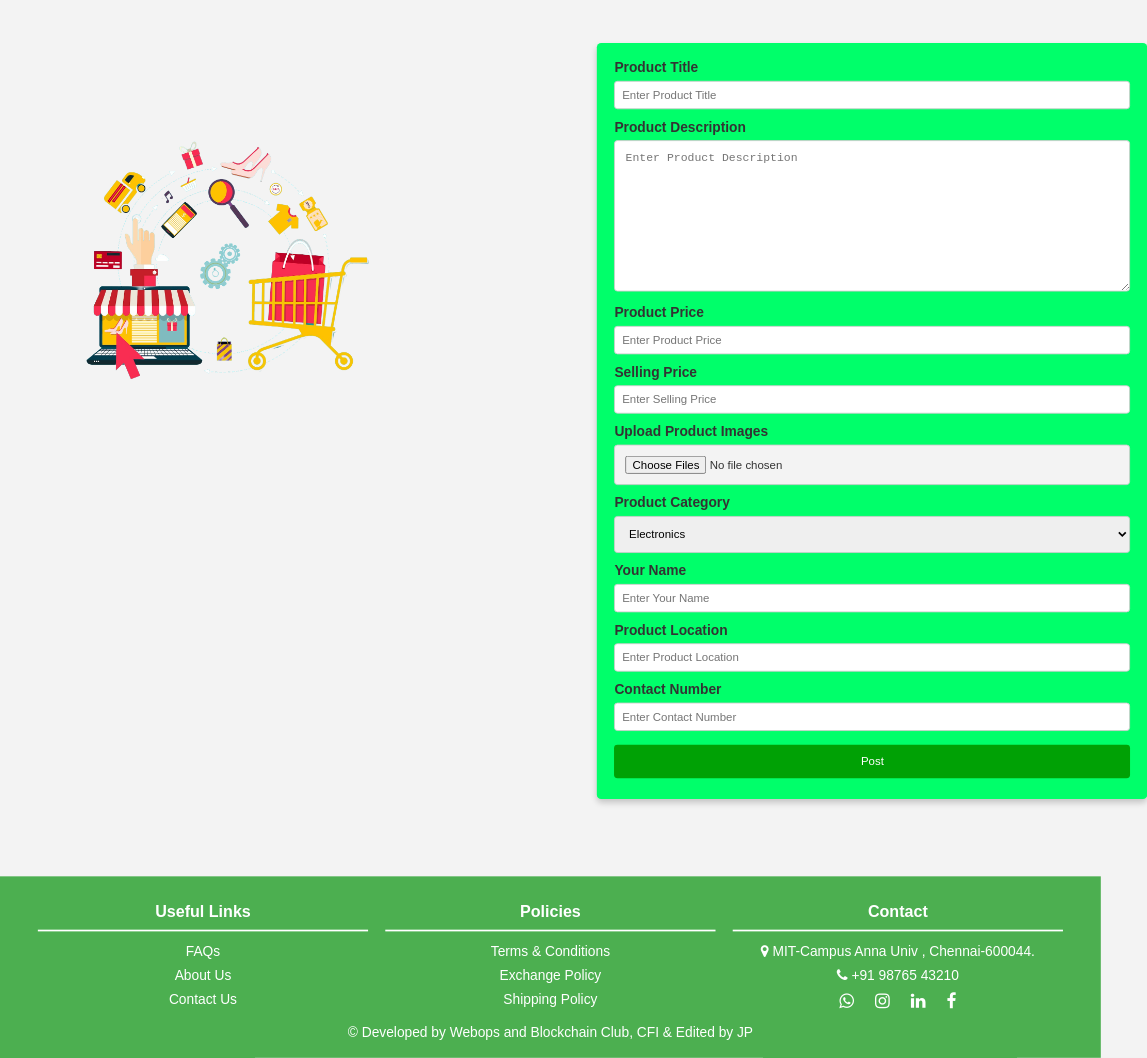
Repository: John-Prabu-A/web-dev-summer-school
Page: Session_1_Assignment/sell.html
An editor plug-in stored every save of this project. The page is shown before and after the next save, followed by the edit.
The browser window is 1280 px wide. The page is 1334 px wide, then 1280 px, so the pictures cover 1334 px, including what lies to the right of the window. The pictures show the whole page, at 86% of full size.

Above is the page before, as saved 2024-06-20 15:40:11.

After the next save:
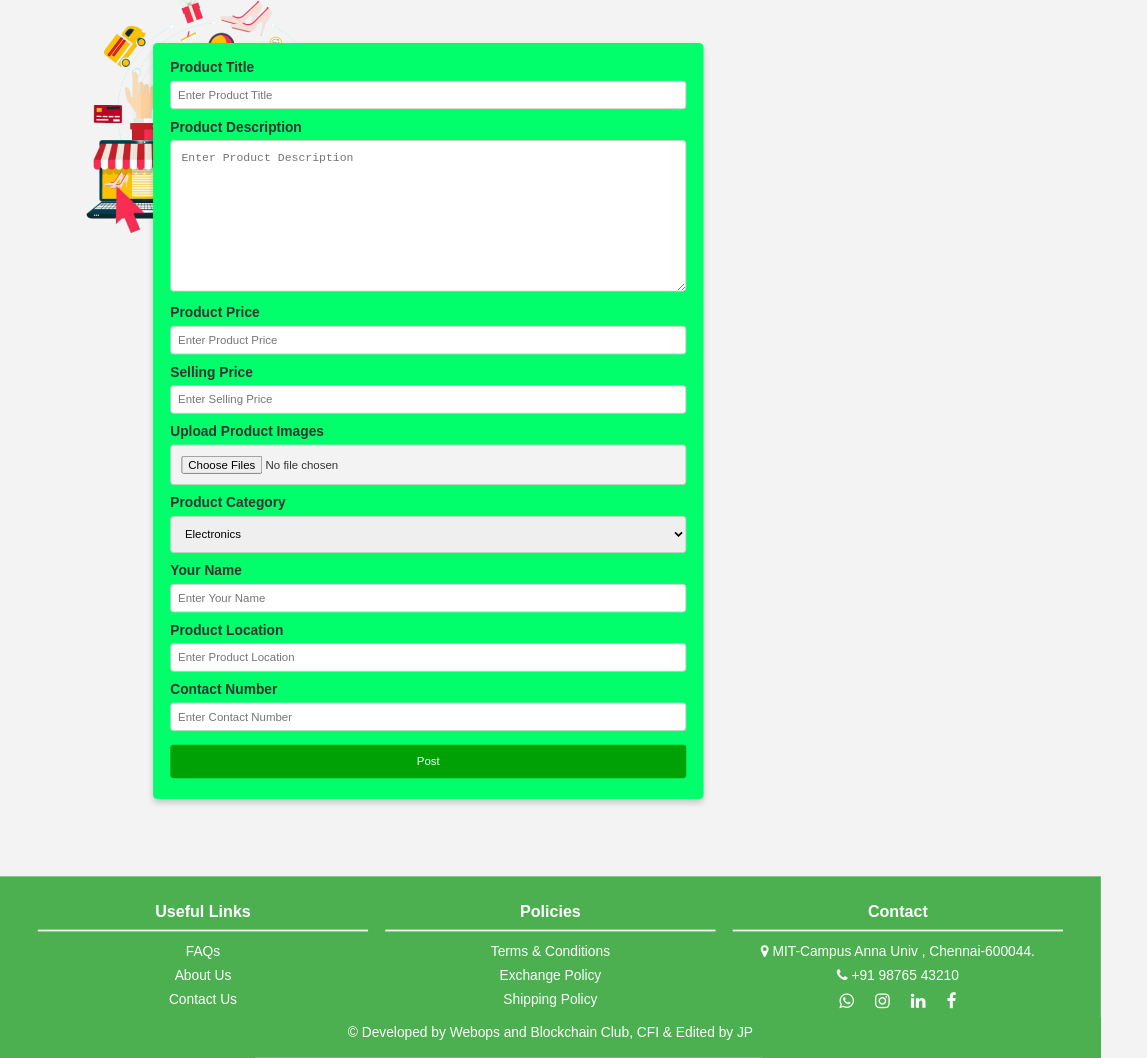
Saved 23 s later.
--- a/Session_1_Assignment/sell.html
+++ b/Session_1_Assignment/sell.html
@@ -15,8 +15,8 @@
         }
 
         img {
-            display:fixed;
-            position: relative;
+            display:inline;
+            position: fixed;
             padding: 16px;
             bottom: 30dvw;
             width: 40%;
